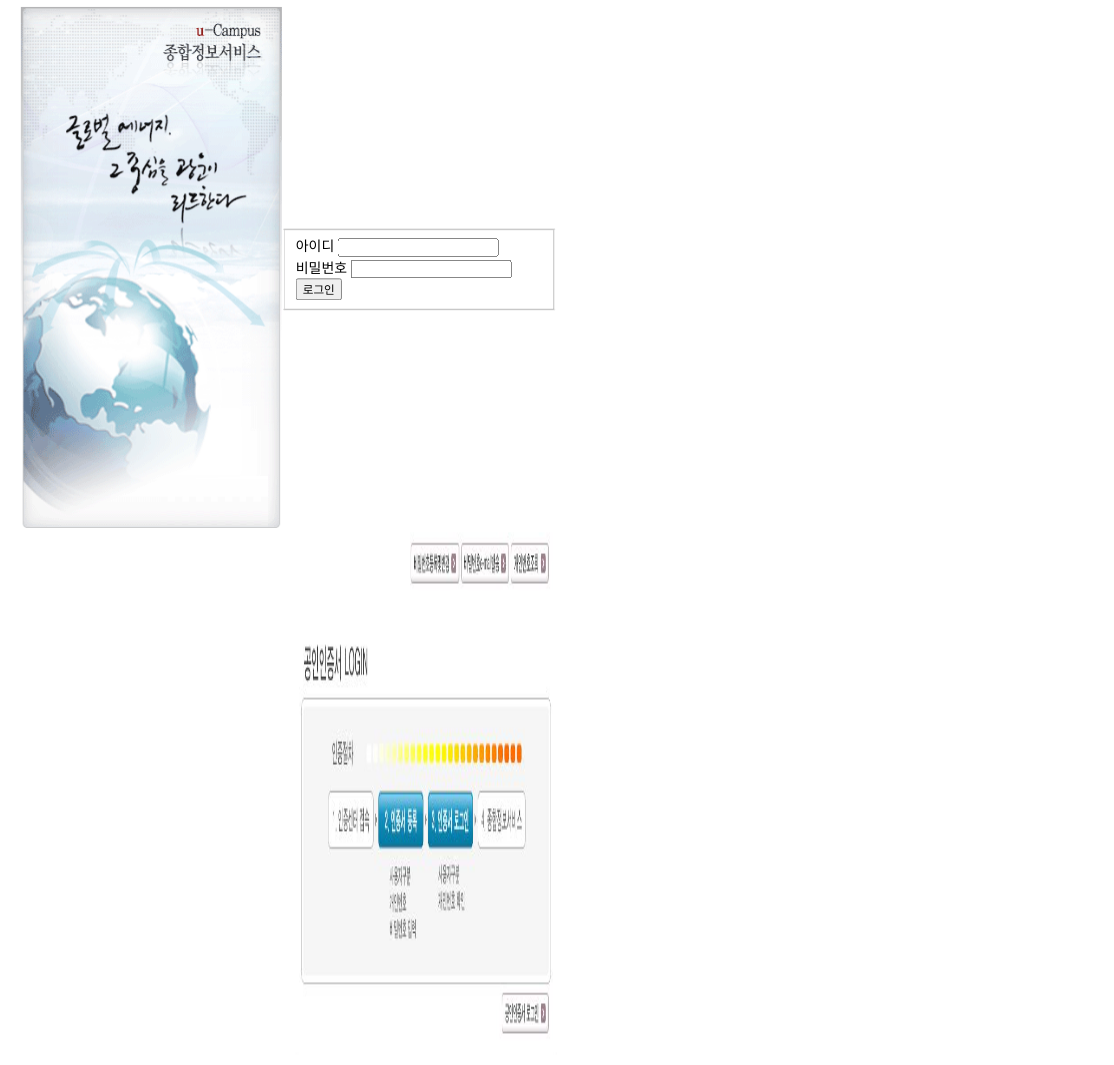
Repository: jungmintaeng/mini-ucampus
Page: ucam/WebContent/Login.html
These files come from the project's save history. The page is drawn as it stood at one moment and after the next save; the edit follows.
The browser window is 1280 px wide. The pictures show the whole page, at 87% of full size.

Above is the page before, as saved 2016-06-11 00:49:15.

After the next save:
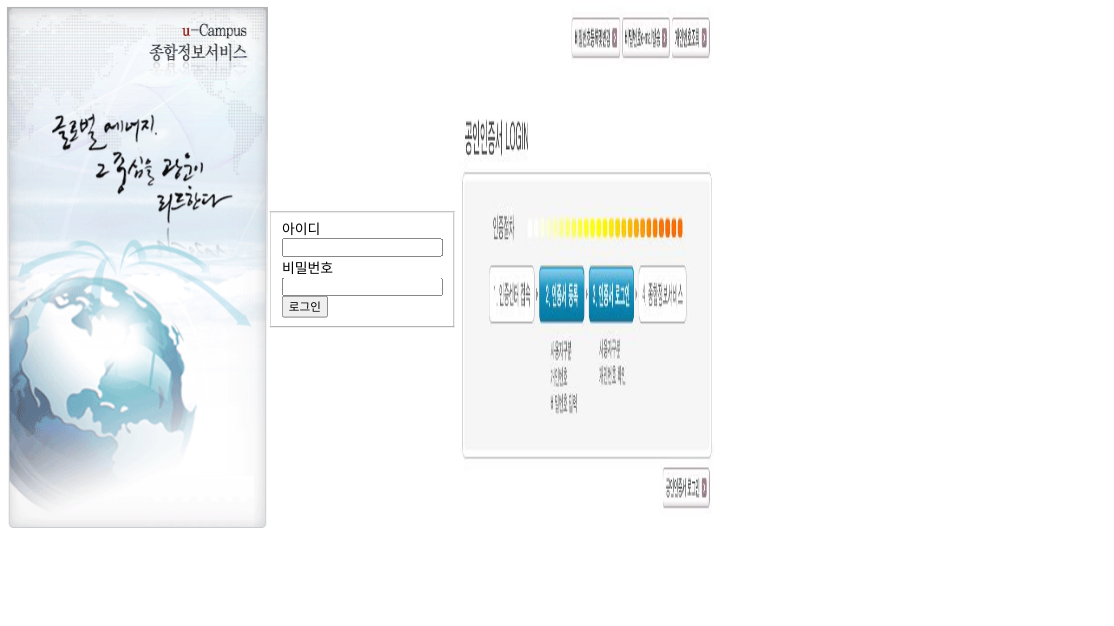
Saved 78 s later.
--- a/ucam/WebContent/Login.html
+++ b/ucam/WebContent/Login.html
@@ -23,13 +23,11 @@
    <input type="submit" value="로그인"/>
  </fieldset>
    </form>
+   <td align="right"><font size="2"><img
+src="images\loginfake.jpg" width ="300" height="600" border ="0">
+</font></td></tr>
 </td>
 </tr>
-<tr>
-<td></td>
-<td align="right"><font size="2"><img
-src="images\loginfake.jpg" width ="300" height="600" border ="0">
-</font></td></tr>
 </table>
 </body>
 </html>
